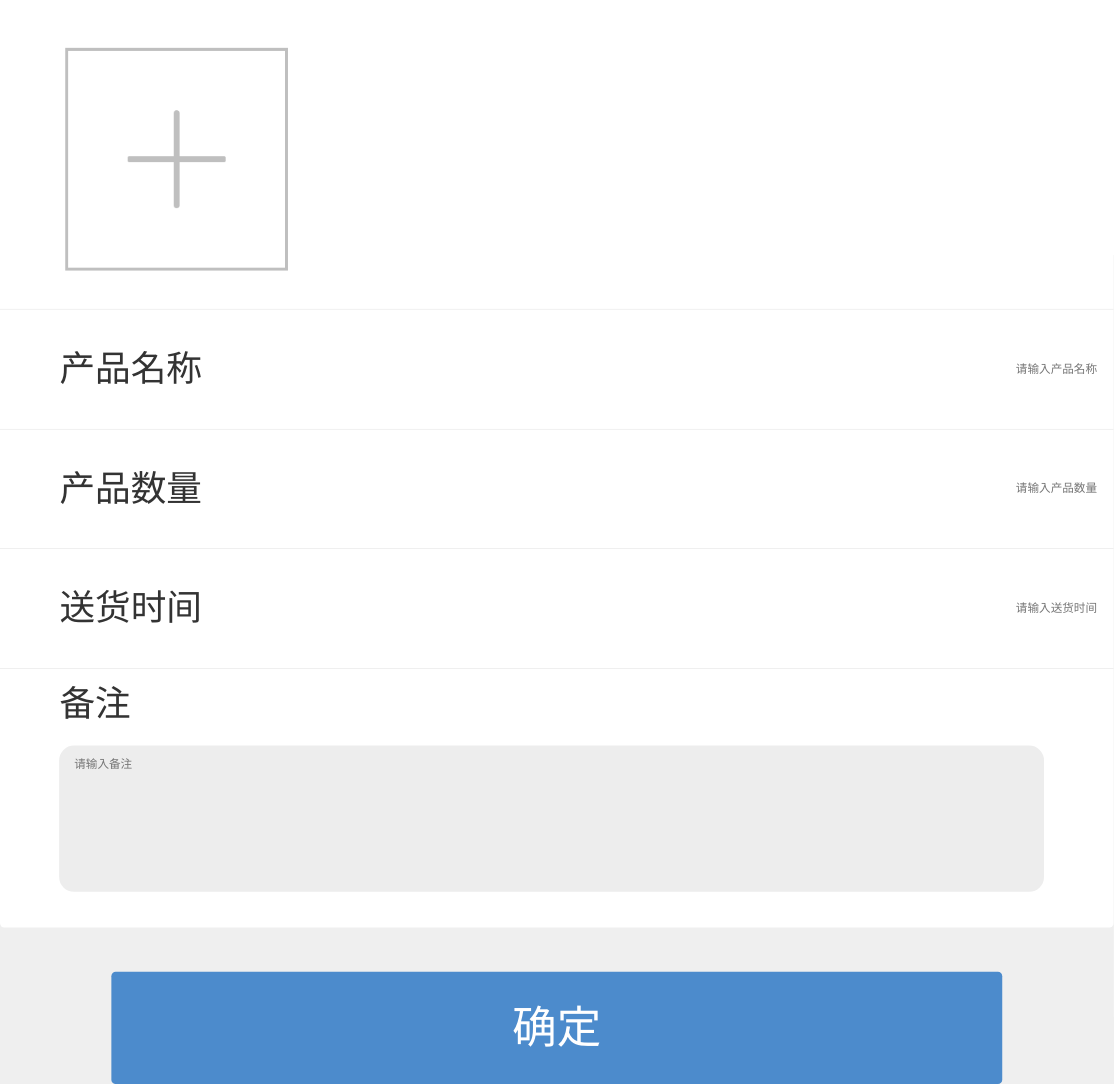
Repository: missing-star/produce
Page: Cbuyer.html
These files come from the project's save history. The page is drawn as it stood at one moment and after the next save; the edit follows.
The browser window is 1280 px wide. The pictures show the whole page, at 87% of full size.

Above is the page before, as saved 2019-05-20 15:26:47.

After the next save:
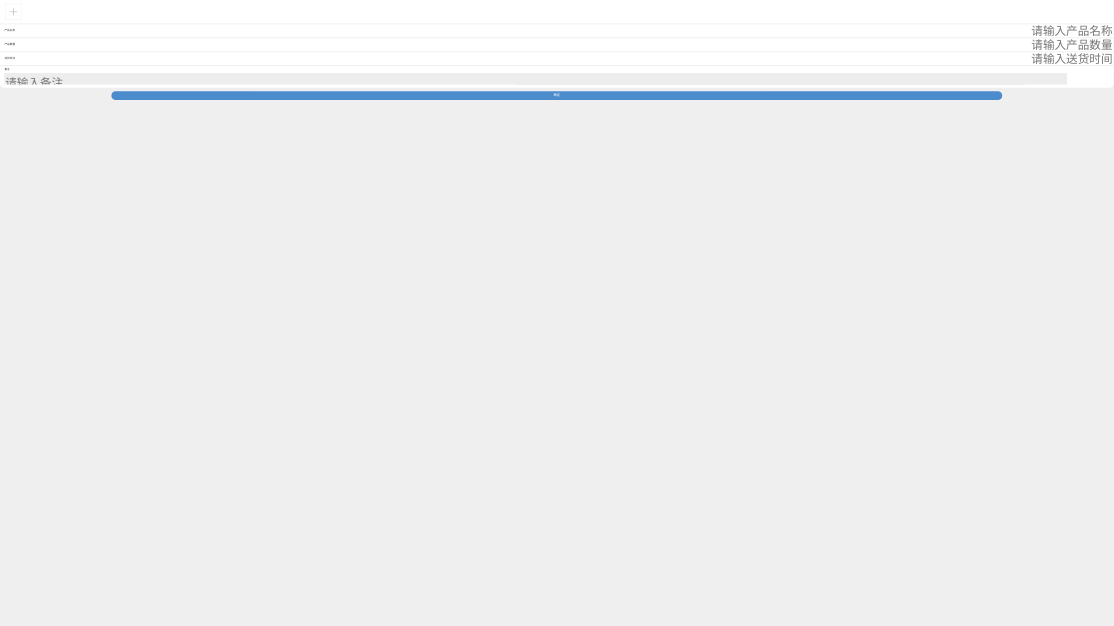
Saved 30 s later.
--- a/Cbuyer.html
+++ b/Cbuyer.html
@@ -8,8 +8,8 @@
     <title>采购订单</title>
     <link rel="stylesheet" href="css/Cbuyer.css">
     <link rel="stylesheet" href="css/base.css">
-    <!-- <link rel="stylesheet" href="css/weui.min.css">
-    <link rel="stylesheet" href="css/jquery-weui.min.css"> -->
+    <link rel="stylesheet" href="css/weui.min.css">
+    <link rel="stylesheet" href="css/jquery-weui.min.css">
 </head>
 
 <body>
